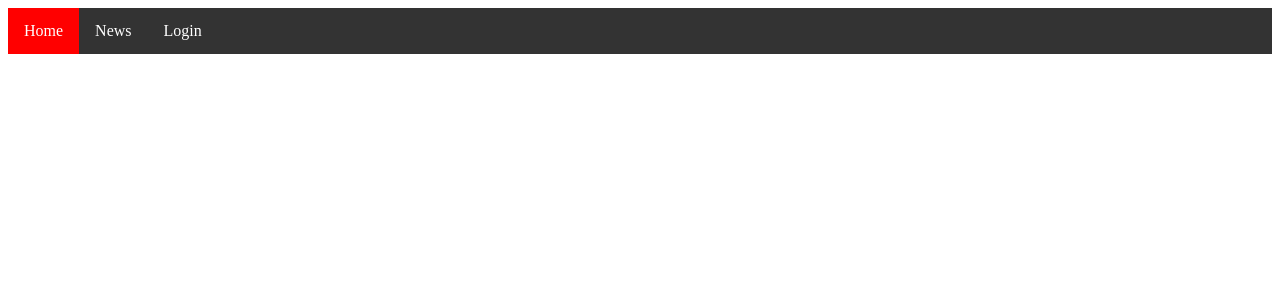
Repository: ManuArugollu1/meetingoraganizer1
Page: http://localhost/Meeting_Organizer/
The author's editor kept a copy of each file at every save. The page is drawn from the files as they stood at one save, then again after the next save.
The browser window is 1280 px wide. The pictures show the whole page.
The pointer rests on the first visible `li a`.
The page is served by Tomcat 9.

Above is the page before, as saved 2019-10-01 06:07:31.

After the next save:
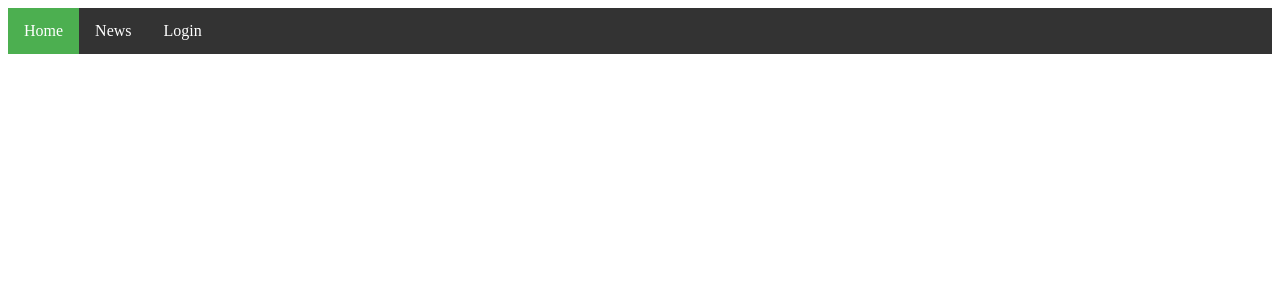
Saved 86 s later.
--- a/Meeting Organizer/WebContent/index.jsp
+++ b/Meeting Organizer/WebContent/index.jsp
@@ -25,7 +25,7 @@ li a, .dropbtn {
 }
 
 li a:hover, .dropdown:hover .dropbtn {
-  background-color: red;
+  background-color: #4CAF50;
 }
 
 li.dropdown {
